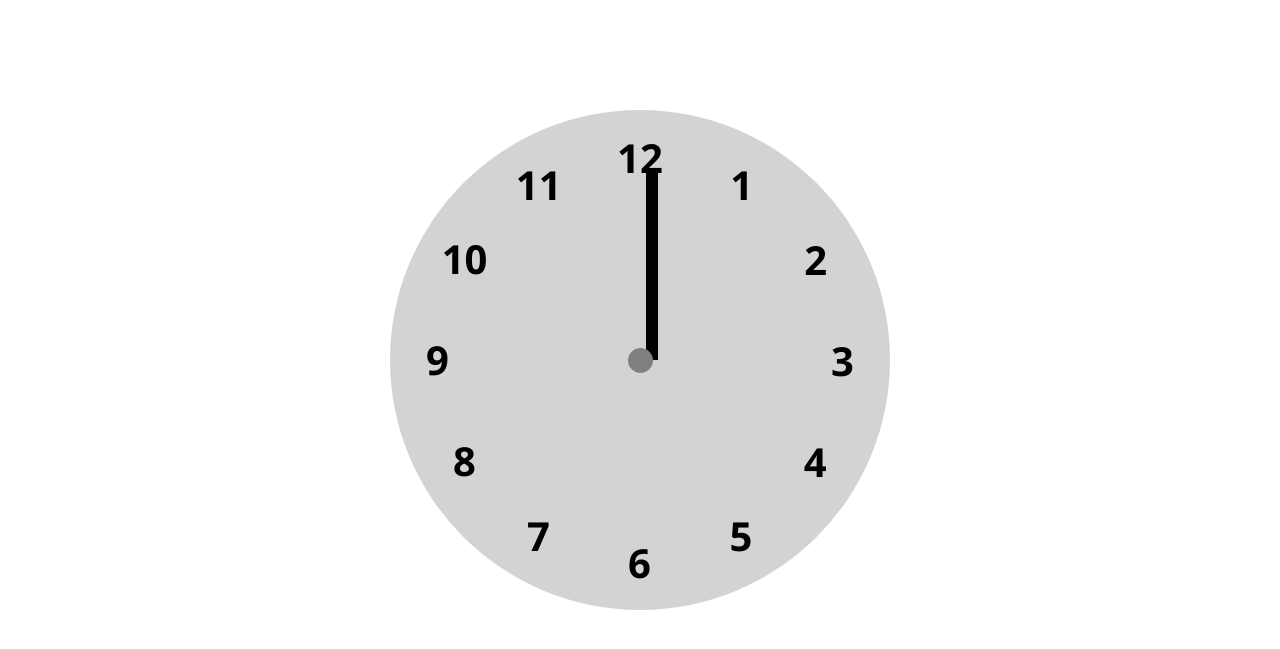
Repository: Suryansh-D/Cool-Clock
Page: index.html
These files come from the project's save history. The page is drawn as it stood at one moment and after a run of saves; the edit follows.
The browser window is 1280 px wide. The pictures show the whole page.

Above is the page before, as saved 2024-01-30 15:39:23.

### index.html
<!DOCTYPE html>
<html>
<head>
    <title>Schedule Clock</title>
    <link rel="stylesheet" href="style.css">
</head>
<body>
    <div class="clock">
        <div class="number" style="--n:1"><b>1</b></div>
        <div class="number" style="--n:2"><b>2</b></div>
        <div class="number" style="--n:3"><b>3</b></div>
        <div class="number" style="--n:4"><b>4</b></div>
        <div class="number" style="--n:5"><b>5</b></div>
        <div class="number" style="--n:6"><b>6</b></div>
        <div class="number" style="--n:7"><b>7</b></div>
        <div class="number" style="--n:8"><b>8</b></div>
        <div class="number" style="--n:9"><b>9</b></div>
        <div class="number" style="--n:10"><b>10</b></div>
        <div class="number" style="--n:11"><b>11</b></div>
        <div class="number" style="--n:12"><b>12</b></div>
        <div class="hour-hand"></div>
        <div class="minute-hand"></div>
        <div class="second-hand"></div>
        <div class="center-dot"></div>
    </div>
      </div><script src="script.js"></script>
</body>
</html>

### style.css
*{
    margin: 0;
    padding: 0;
    box-sizing: border-box;
    font-family: 'Segoe UI', Tahoma, Geneva, Verdana, sans-serif;
}

body{
    display: flex;
    justify-content: center;
    align-items: center;
    height: 100vh;
}
.clock{
    width: 500px;
    height: 500px;
    position: relative;
    background-color: lightgray;
    border-radius: 50%;
    display: flex;
    justify-content: center;
    align-items: center;
}
.number{
    transform: rotate(calc(30deg * var(--n)));
    position: absolute;
    text-align: center;
    inset: 20px;
    font-size: 40px;
}
.number b{
    transform: rotate(calc(-30deg * var(--n)));
    display: inline-block;
}

.center-dot{
    position: absolute;
    width: 25px;
    height: 25px;
    background-color: gray;
    border-radius: 50%;
}

.hour-hand, .minute-hand, .second-hand{
    --rotate:0;
    position: absolute;
    left: 50%;
    bottom: 50%;
    transform: translate(50%) rotate(calc(var(--rotate)*1deg));
}
.hour-hand{
   width:12px;
    height: 130px;
    background-color: black;
}
.minute-hand{
    width:12px;
    height: 190px;
    background-color: black;
}

Loaded but not shown: script.js (empty)

After the next 2 saves:
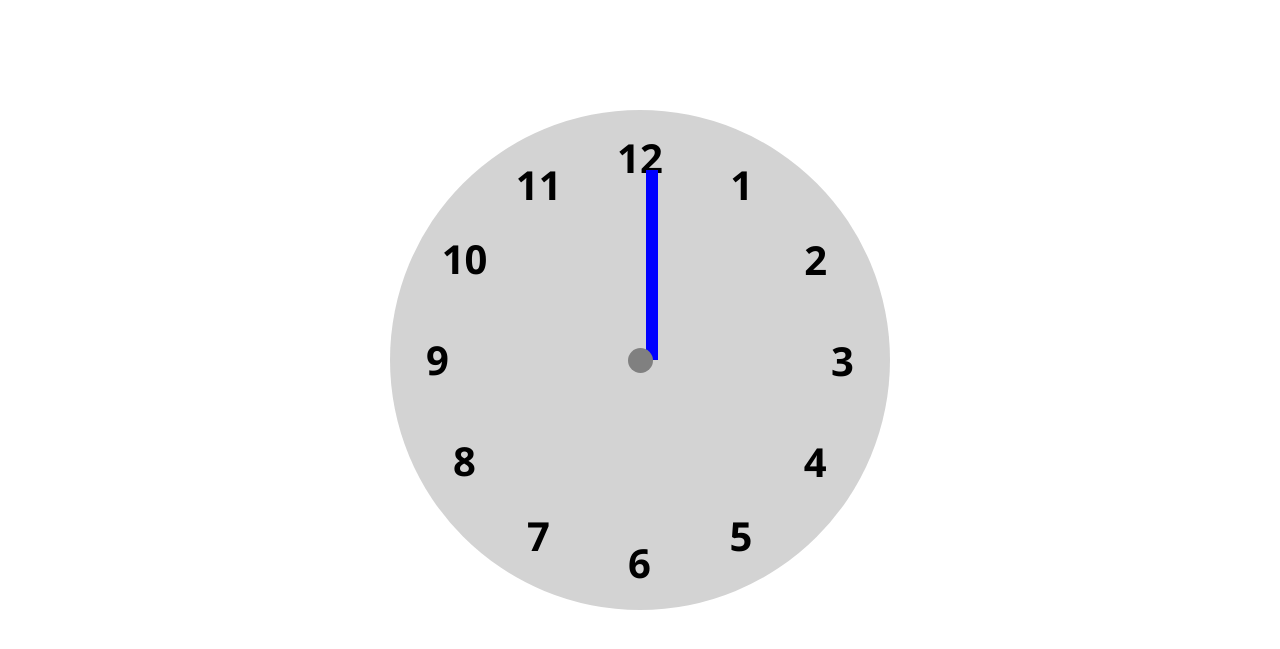
The 2 saves are shown as one change because they came seconds apart.
The last was saved 5 s later.
--- a/style.css
+++ b/style.css
@@ -56,5 +56,5 @@ body{
 .minute-hand{
     width:12px;
     height: 190px;
-    background-color: black;
+    background-color: blue;
 }
